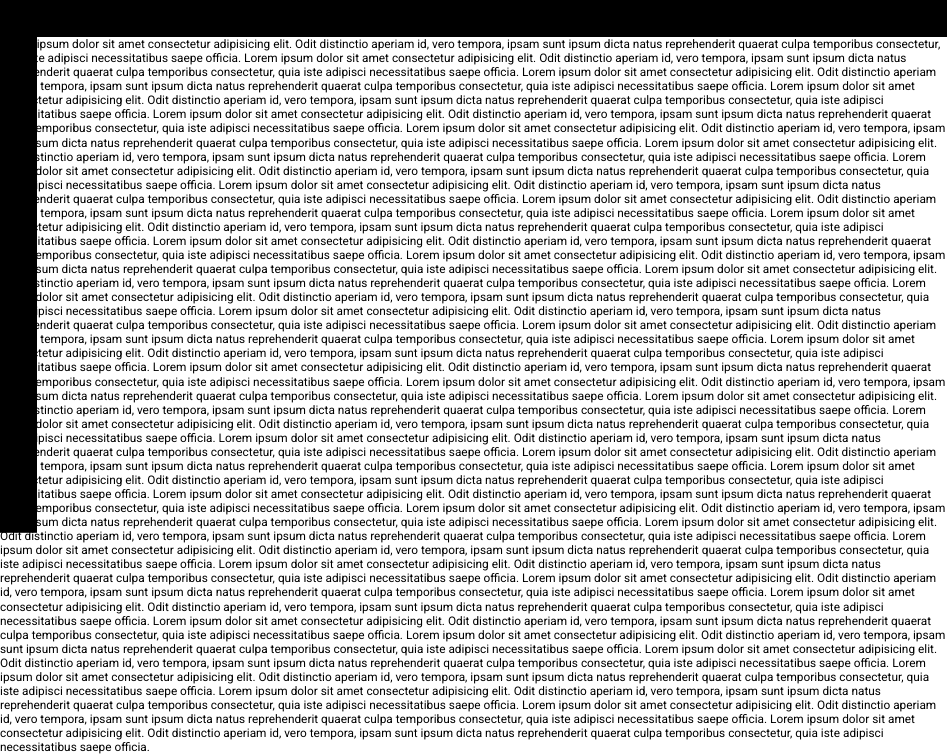
Repository: JulyK9/Movie-Website
Page: index.html
These files come from the project's save history. The page is drawn as it stood at one moment and after the next save; the edit follows.
The browser window is 1280 px wide. The pictures show the whole page, at 74% of full size.

Above is the page before, as saved 2022-07-02 23:06:40.

### index.html
<!DOCTYPE html>
<html lang="en">
<head>
    <meta charset="UTF-8">
    <meta http-equiv="X-UA-Compatible" content="IE=edge">
    <meta name="viewport" content="width=device-width, initial-scale=1.0">
    <title>Movie design</title>
    <link rel="stylesheet" href="style.css">

    <link rel="preconnect" href="https://fonts.googleapis.com">
    <link rel="preconnect" href="https://fonts.gstatic.com" crossorigin>
    <link href="https://fonts.googleapis.com/css2?family=Roboto:wght@100;300;400;500;700;900&family=Sen:wght@400;700;800&display=swap" rel="stylesheet">
</head>

<body>
    <nav class="navbar">
        <div class="navbar-container">
            <div class="logo-container"></div>
            <div class="menu-container"></div>
            <div class="profile-container"></div>
        </div>
    </nav>
    <div class="sidebar"></div>
    Lorem ipsum dolor sit amet consectetur adipisicing elit. Odit distinctio aperiam id, vero tempora, ipsam sunt ipsum dicta natus reprehenderit quaerat culpa temporibus consectetur, quia iste adipisci necessitatibus saepe officia.
    Lorem ipsum dolor sit amet consectetur adipisicing elit. Odit distinctio aperiam id, vero tempora, ipsam sunt ipsum dicta natus reprehenderit quaerat culpa temporibus consectetur, quia iste adipisci necessitatibus saepe officia.
    Lorem ipsum dolor sit amet consectetur adipisicing elit. Odit distinctio aperiam id, vero tempora, ipsam sunt ipsum dicta natus reprehenderit quaerat culpa temporibus consectetur, quia iste adipisci necessitatibus saepe officia.
    Lorem ipsum dolor sit amet consectetur adipisicing elit. Odit distinctio aperiam id, vero tempora, ipsam sunt ipsum dicta natus reprehenderit quaerat culpa temporibus consectetur, quia iste adipisci necessitatibus saepe officia.
    Lorem ipsum dolor sit amet consectetur adipisicing elit. Odit distinctio aperiam id, vero tempora, ipsam sunt ipsum dicta natus reprehenderit quaerat culpa temporibus consectetur, quia iste adipisci necessitatibus saepe officia.
    Lorem ipsum dolor sit amet consectetur adipisicing elit. Odit distinctio aperiam id, vero tempora, ipsam sunt ipsum dicta natus reprehenderit quaerat culpa temporibus consectetur, quia iste adipisci necessitatibus saepe officia.
    Lorem ipsum dolor sit amet consectetur adipisicing elit. Odit distinctio aperiam id, vero tempora, ipsam sunt ipsum dicta natus reprehenderit quaerat culpa temporibus consectetur, quia iste adipisci necessitatibus saepe officia.
    Lorem ipsum dolor sit amet consectetur adipisicing elit. Odit distinctio aperiam id, vero tempora, ipsam sunt ipsum dicta natus reprehenderit quaerat culpa temporibus consectetur, quia iste adipisci necessitatibus saepe officia.
    Lorem ipsum dolor sit amet consectetur adipisicing elit. Odit distinctio aperiam id, vero tempora, ipsam sunt ipsum dicta natus reprehenderit quaerat culpa temporibus consectetur, quia iste adipisci necessitatibus saepe officia.
    Lorem ipsum dolor sit amet consectetur adipisicing elit. Odit distinctio aperiam id, vero tempora, ipsam sunt ipsum dicta natus reprehenderit quaerat culpa temporibus consectetur, quia iste adipisci necessitatibus saepe officia.
    Lorem ipsum dolor sit amet consectetur adipisicing elit. Odit distinctio aperiam id, vero tempora, ipsam sunt ipsum dicta natus reprehenderit quaerat culpa temporibus consectetur, quia iste adipisci necessitatibus saepe officia.
    Lorem ipsum dolor sit amet consectetur adipisicing elit. Odit distinctio aperiam id, vero tempora, ipsam sunt ipsum dicta natus reprehenderit quaerat culpa temporibus consectetur, quia iste adipisci necessitatibus saepe officia.
    Lorem ipsum dolor sit amet consectetur adipisicing elit. Odit distinctio aperiam id, vero tempora, ipsam sunt ipsum dicta natus reprehenderit quaerat culpa temporibus consectetur, quia iste adipisci necessitatibus saepe officia.
    Lorem ipsum dolor sit amet consectetur adipisicing elit. Odit distinctio aperiam id, vero tempora, ipsam sunt ipsum dicta natus reprehenderit quaerat culpa temporibus consectetur, quia iste adipisci necessitatibus saepe officia.
    Lorem ipsum dolor sit amet consectetur adipisicing elit. Odit distinctio aperiam id, vero tempora, ipsam sunt ipsum dicta natus reprehenderit quaerat culpa temporibus consectetur, quia iste adipisci necessitatibus saepe officia.
    Lorem ipsum dolor sit amet consectetur adipisicing elit. Odit distinctio aperiam id, vero tempora, ipsam sunt ipsum dicta natus reprehenderit quaerat culpa temporibus consectetur, quia iste adipisci necessitatibus saepe officia.
    Lorem ipsum dolor sit amet consectetur adipisicing elit. Odit distinctio aperiam id, vero tempora, ipsam sunt ipsum dicta natus reprehenderit quaerat culpa temporibus consectetur, quia iste adipisci necessitatibus saepe officia.
    Lorem ipsum dolor sit amet consectetur adipisicing elit. Odit distinctio aperiam id, vero tempora, ipsam sunt ipsum dicta natus reprehenderit quaerat culpa temporibus consectetur, quia iste adipisci necessitatibus saepe officia.
    Lorem ipsum dolor sit amet consectetur adipisicing elit. Odit distinctio aperiam id, vero tempora, ipsam sunt ipsum dicta natus reprehenderit quaerat culpa temporibus consectetur, quia iste adipisci necessitatibus saepe officia.
    Lorem ipsum dolor sit amet consectetur adipisicing elit. Odit distinctio aperiam id, vero tempora, ipsam sunt ipsum dicta natus reprehenderit quaerat culpa temporibus consectetur, quia iste adipisci necessitatibus saepe officia.
    Lorem ipsum dolor sit amet consectetur adipisicing elit. Odit distinctio aperiam id, vero tempora, ipsam sunt ipsum dicta natus reprehenderit quaerat culpa temporibus consectetur, quia iste adipisci necessitatibus saepe officia.
    Lorem ipsum dolor sit amet consectetur adipisicing elit. Odit distinctio aperiam id, vero tempora, ipsam sunt ipsum dicta natus reprehenderit quaerat culpa temporibus consectetur, quia iste adipisci necessitatibus saepe officia.
    Lorem ipsum dolor sit amet consectetur adipisicing elit. Odit distinctio aperiam id, vero tempora, ipsam sunt ipsum dicta natus reprehenderit quaerat culpa temporibus consectetur, quia iste adipisci necessitatibus saepe officia.
    Lorem ipsum dolor sit amet consectetur adipisicing elit. Odit distinctio aperiam id, vero tempora, ipsam sunt ipsum dicta natus reprehenderit quaerat culpa temporibus consectetur, quia iste adipisci necessitatibus saepe officia.
    Lorem ipsum dolor sit amet consectetur adipisicing elit. Odit distinctio aperiam id, vero tempora, ipsam sunt ipsum dicta natus reprehenderit quaerat culpa temporibus consectetur, quia iste adipisci necessitatibus saepe officia.
    Lorem ipsum dolor sit amet consectetur adipisicing elit. Odit distinctio aperiam id, vero tempora, ipsam sunt ipsum dicta natus reprehenderit quaerat culpa temporibus consectetur, quia iste adipisci necessitatibus saepe officia.
    Lorem ipsum dolor sit amet consectetur adipisicing elit. Odit distinctio aperiam id, vero tempora, ipsam sunt ipsum dicta natus reprehenderit quaerat culpa temporibus consectetur, quia iste adipisci necessitatibus saepe officia.
    Lorem ipsum dolor sit amet consectetur adipisicing elit. Odit distinctio aperiam id, vero tempora, ipsam sunt ipsum dicta natus reprehenderit quaerat culpa temporibus consectetur, quia iste adipisci necessitatibus saepe officia.
    Lorem ipsum dolor sit amet consectetur adipisicing elit. Odit distinctio aperiam id, vero tempora, ipsam sunt ipsum dicta natus reprehenderit quaerat culpa temporibus consectetur, quia iste adipisci necessitatibus saepe officia.
    Lorem ipsum dolor sit amet consectetur adipisicing elit. Odit distinctio aperiam id, vero tempora, ipsam sunt ipsum dicta natus reprehenderit quaerat culpa temporibus consectetur, quia iste adipisci necessitatibus saepe officia.
    Lorem ipsum dolor sit amet consectetur adipisicing elit. Odit distinctio aperiam id, vero tempora, ipsam sunt ipsum dicta natus reprehenderit quaerat culpa temporibus consectetur, quia iste adipisci necessitatibus saepe officia.
    Lorem ipsum dolor sit amet consectetur adipisicing elit. Odit distinctio aperiam id, vero tempora, ipsam sunt ipsum dicta natus reprehenderit quaerat culpa temporibus consectetur, quia iste adipisci necessitatibus saepe officia.
    Lorem ipsum dolor sit amet consectetur adipisicing elit. Odit distinctio aperiam id, vero tempora, ipsam sunt ipsum dicta natus reprehenderit quaerat culpa temporibus consectetur, quia iste adipisci necessitatibus saepe officia.
    Lorem ipsum dolor sit amet consectetur adipisicing elit. Odit distinctio aperiam id, vero tempora, ipsam sunt ipsum dicta natus reprehenderit quaerat culpa temporibus consectetur, quia iste adipisci necessitatibus saepe officia.
    Lorem ipsum dolor sit amet consectetur adipisicing elit. Odit distinctio aperiam id, vero tempora, ipsam sunt ipsum dicta natus reprehenderit quaerat culpa temporibus consectetur, quia iste adipisci necessitatibus saepe officia.
    Lorem ipsum dolor sit amet consectetur adipisicing elit. Odit distinctio aperiam id, vero tempora, ipsam sunt ipsum dicta natus reprehenderit quaerat culpa temporibus consectetur, quia iste adipisci necessitatibus saepe officia.
    Lorem ipsum dolor sit amet consectetur adipisicing elit. Odit distinctio aperiam id, vero tempora, ipsam sunt ipsum dicta natus reprehenderit quaerat culpa temporibus consectetur, quia iste adipisci necessitatibus saepe officia.
    Lorem ipsum dolor sit amet consectetur adipisicing elit. Odit distinctio aperiam id, vero tempora, ipsam sunt ipsum dicta natus reprehenderit quaerat culpa temporibus consectetur, quia iste adipisci necessitatibus saepe officia.
    Lorem ipsum dolor sit amet consectetur adipisicing elit. Odit distinctio aperiam id, vero tempora, ipsam sunt ipsum dicta natus reprehenderit quaerat culpa temporibus consectetur, quia iste adipisci necessitatibus saepe officia.
</body>

</html>

### style.css
* {
    box-sizing: border-box;
    margin: 0;
}

body {
    font-family: 'Roboto', sans-serif;
/* font-family: 'Sen', sans-serif; */
    /* overflow: hidden; */
}

.navbar {
    width: 100vw;
    height: 50px;
    background-color: black;
}

.navbar-container {
    display: flex;
    align-items: center;
    background-color: blanchedalmond;
}

.sidebar {
    width: 50px;
    height: 100vh;
    background-color: black;
    position: fixed;   /* 스크롤바 생기는 부분 제거 및 사이드바 고정 */
    top: 0;     /* 사이드바 상단 고정 */

}

After the next save:
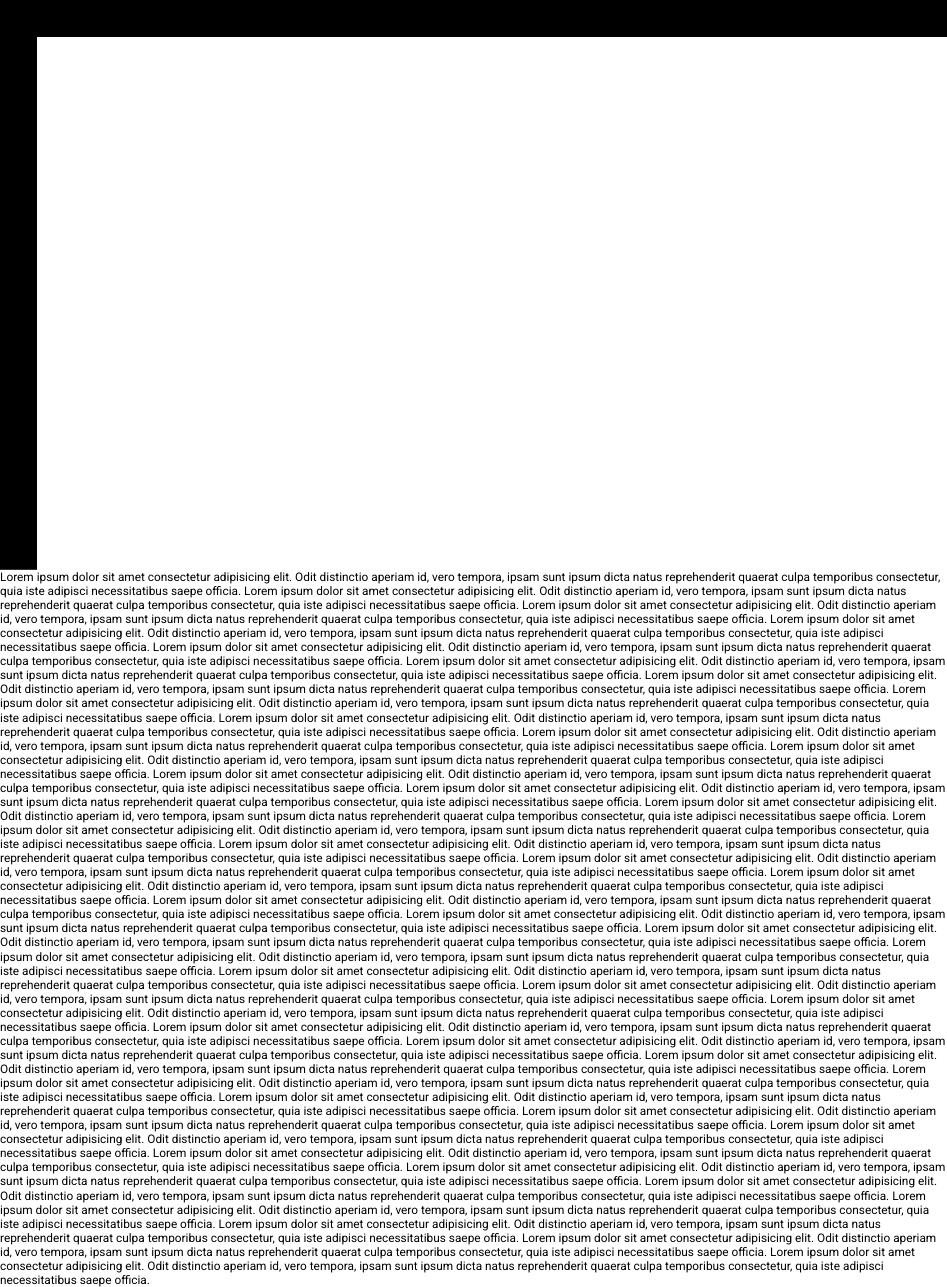
Saved 17 s later.
--- a/style.css
+++ b/style.css
@@ -25,7 +25,7 @@
     width: 50px;
     height: 100vh;
     background-color: black;
-    position: fixed;   /* 스크롤바 생기는 부분 제거 및 사이드바 고정 */
+    position: sticky;   /* 스크롤바 생기는 부분 제거 및 사이드바 고정 */
     top: 0;     /* 사이드바 상단 고정 */
 
 }

After the save that followed:
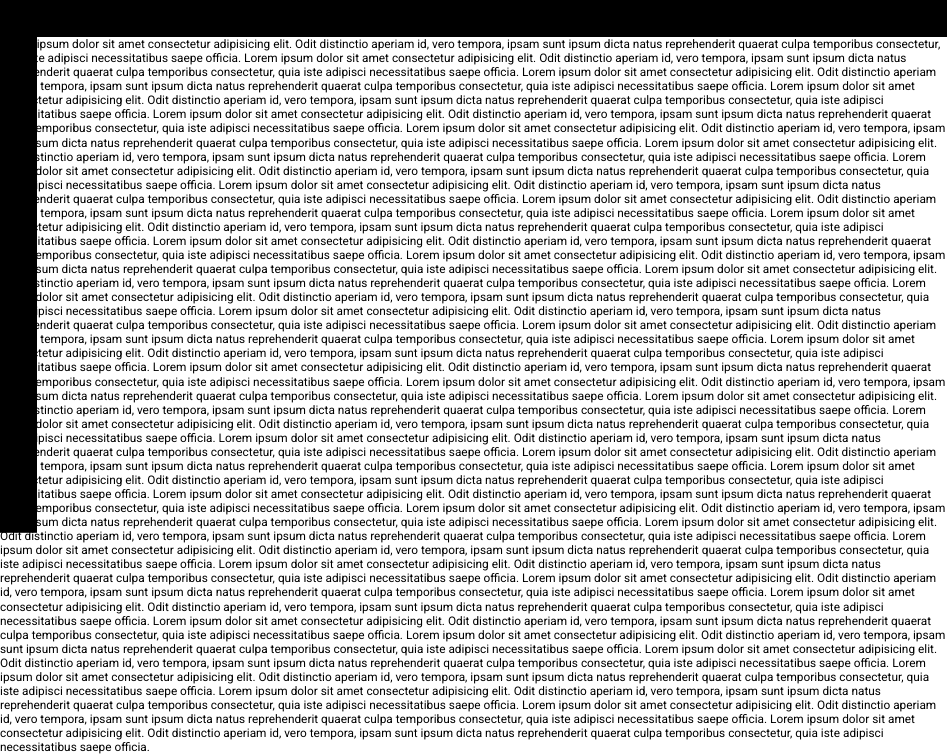
Saved 22 s later.
--- a/style.css
+++ b/style.css
@@ -25,7 +25,7 @@
     width: 50px;
     height: 100vh;
     background-color: black;
-    position: sticky;   /* 스크롤바 생기는 부분 제거 및 사이드바 고정 */
+    position: fixed;   /* 스크롤바 생기는 부분 제거 및 사이드바 고정 */
     top: 0;     /* 사이드바 상단 고정 */
 
 }
